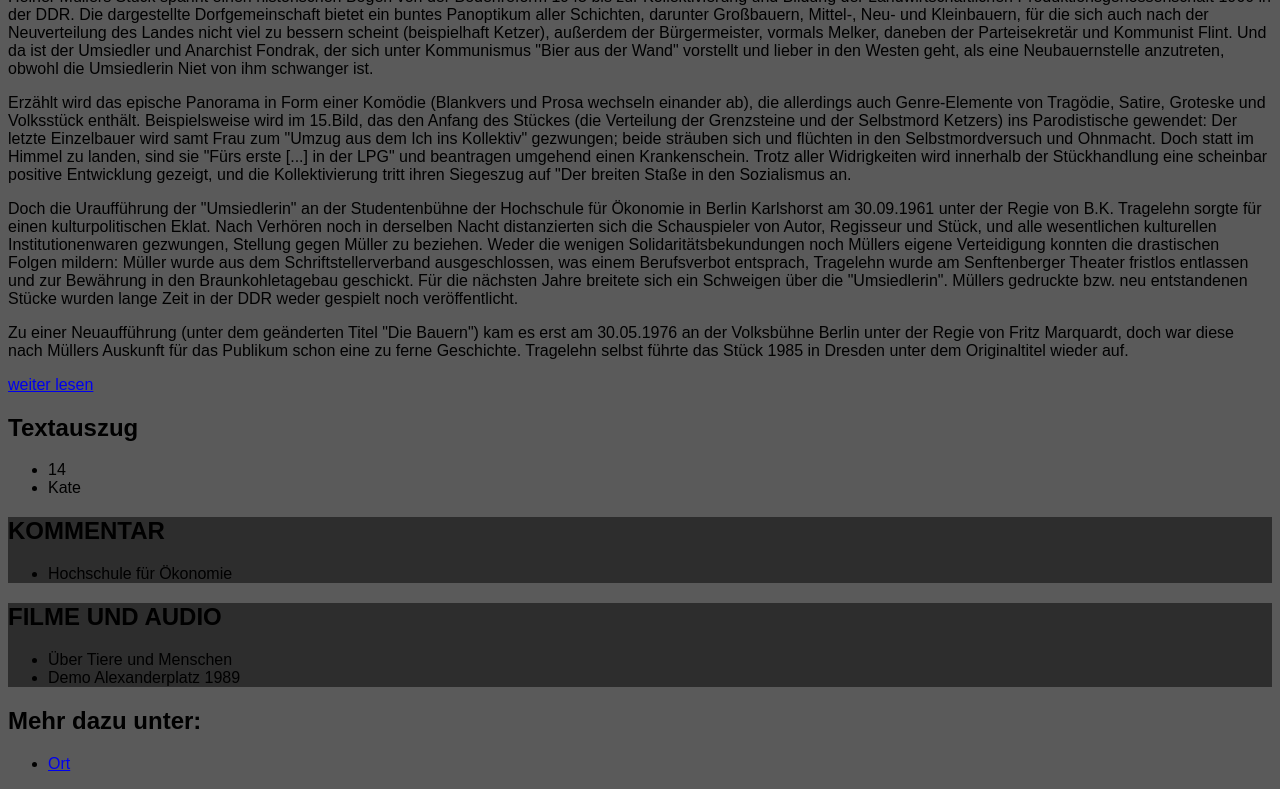
Repository: TimoKramer/iam
Page: org.dieschnittstelle.iam.css.uebungen/css_uebungen.html
An editor plug-in stored every save of this project. The page is shown before and after the next save, followed by the edit.
The browser window is 1280 px wide. The pictures show the part of the page from y = 543 to 1495 px (the page is 1332 px tall before and 1495 px after).
A picture or video elsewhere on the page could not be fetched, so the positions and the page height are approximate.

Above is the page before, as saved 2014-10-20 12:47:19.

### org.dieschnittstelle.iam.css.uebungen/css_uebungen.html
<!DOCTYPE html>
<html>
	<head>
		<meta http-equiv="Content-Type" content="text/html; charset=utf-8">
		<title>CSS Beispiele</title>
		<link rel="stylesheet" href="css/css_uebungen.css"/>
		<meta name="viewport" content="width=640">
	</head>
	<body>
		<article>
			<h1 id="topic_title" class="editable">Die Umsiedlerin</h1>
			<section id="zeitdokumente">
				<h2>Zeitdokumente</h2>
				<figure>
					<img src="http://www.esquife.cult.cu/primeraepoca/imagenes/imrevista/No60/muller.jpg"/>
					<!-- <img src="img/hm_mit_bk_tragelehn.jpg"/> -->
					<figcaption>
						Programmheft zur Uraufführung
					</figcaption>
				</figure>
			</section>
			<section id="einfuehrungstext">
				<div class="contentfragment">
					<h2>&bdquo;Die Umsiedlerin oder das Leben auf dem Lande&ldquo;</h2>
					<p>
						Heiner Müllers Stück spannt einen historischen Bogen von der Bodenreform 1945 bis zur Kollektivierung und Bildung der Landwirtschaftlichen Produktionsgenossenschaft 1960 in der DDR. Die dargestellte Dorfgemeinschaft bietet ein buntes Panoptikum aller Schichten, darunter Großbauern, Mittel-, Neu- und Kleinbauern, für die sich auch nach der Neuverteilung des Landes nicht viel zu bessern scheint (beispielhaft Ketzer), außerdem der Bürgermeister, vormals Melker, daneben der Parteisekretär und Kommunist Flint. Und da ist der Umsiedler und Anarchist Fondrak, der sich unter Kommunismus "Bier aus der Wand" vorstellt und lieber in den Westen geht, als eine Neubauernstelle anzutreten, obwohl die Umsiedlerin Niet von ihm schwanger ist.
					</p>
					<p>
						Erzählt wird das epische Panorama in Form einer Komödie (Blankvers und Prosa wechseln einander ab), die allerdings auch Genre-Elemente von Tragödie, Satire, Groteske und Volksstück enthält. Beispielsweise wird im 15.Bild, das den Anfang des Stückes (die Verteilung der Grenzsteine und der Selbstmord Ketzers) ins Parodistische gewendet: Der letzte Einzelbauer wird samt Frau zum "Umzug aus dem Ich ins Kollektiv" gezwungen; beide sträuben sich und flüchten in den Selbstmordversuch und Ohnmacht. Doch statt im Himmel zu landen, sind sie "Fürs erste [...] in der LPG" und beantragen umgehend einen Krankenschein. Trotz aller Widrigkeiten wird innerhalb der Stückhandlung eine scheinbar positive Entwicklung gezeigt, und die Kollektivierung tritt ihren Siegeszug auf "Der breiten Staße in den Sozialismus an.
					</p>
					<p>
						Doch die Uraufführung der "Umsiedlerin" an der Studentenbühne der Hochschule für Ökonomie in Berlin Karlshorst am 30.09.1961 unter der Regie von B.K. Tragelehn sorgte für einen kulturpolitischen Eklat. Nach Verhören noch in derselben Nacht distanzierten sich die Schauspieler von Autor, Regisseur und Stück, und alle wesentlichen kulturellen Institutionenwaren gezwungen, Stellung gegen Müller zu beziehen. Weder die wenigen Solidaritätsbekundungen noch Müllers eigene Verteidigung konnten die drastischen Folgen mildern: Müller wurde aus dem Schriftstellerverband ausgeschlossen, was einem Berufsverbot entsprach, Tragelehn wurde am Senftenberger Theater fristlos entlassen und zur Bewährung in den Braunkohletagebau geschickt. Für die nächsten Jahre breitete sich ein Schweigen über die "Umsiedlerin". Müllers gedruckte bzw. neu entstandenen Stücke wurden lange Zeit in der DDR weder gespielt noch veröffentlicht.
					</p>
					<p>
						Zu einer Neuaufführung (unter dem geänderten Titel "Die Bauern") kam es erst am 30.05.1976 an der Volksbühne Berlin unter der Regie von Fritz Marquardt, doch war diese nach Müllers Auskunft für das Publikum schon eine zu ferne Geschichte. Tragelehn selbst führte das Stück 1985 in Dresden unter dem Originaltitel wieder auf.
					</p>
				</div>
				<div class="fullcontent_link">
					<a href="#">weiter lesen</a>
				</div>
			</section>
			<section id="textauszug">
				<div class="textauszug">
					<h2>Textauszug</h2>
					<ul>
						<li>14</li>
						<li>Kate</li>
					</ul>
				</div>
			</section>
			<section id="kommentar" class="medienverweise">
				<h2>Kommentar</h2>
				<ul>
					<li>Hochschule f&uuml;r &Ouml;konomie</li>
				</ul>
			</section>
			<section id="filmeundaudio" class="medienverweise">
				<h2>Filme und Audio</h2>
				<ul>
					<li>&Uuml;ber Tiere und Menschen</li>
					<li>Demo Alexanderplatz 1989</li>
				</ul>
			</section>
			<section id="verknuepfungen">
				<h2>Mehr dazu unter:</h2>
				<nav>
					<ul>
						<li>
							<a href="#">Ort</a>
						</li>
					</ul>
				</nav>
			</section>
		</article>
	</body>
</html>

### org.dieschnittstelle.iam.css.uebungen/css/css_uebungen.css
body {
	background-color: rgb(90,90,90);
	font-family: "Avenir Medium", sans-serif;
}


/* Haupttitel */

h1 {
	font-size: 30pt;
	font-weight: normal;
	font-style: normal;
	color: rgb(204,204,204);
	margin: 0px;
	padding: 10px;
	/* avoid that elements can be selected */
	-moz-user-select: none;
	user-select: none;
}

/* Medienverweise */

.medienverweise {
	background-color: rgb(45, 45, 45);
}
.medienverweise h2 {
	text-transform: uppercase;
	font-family: "Avenir Medium", sans-serif;
}

After the next save:
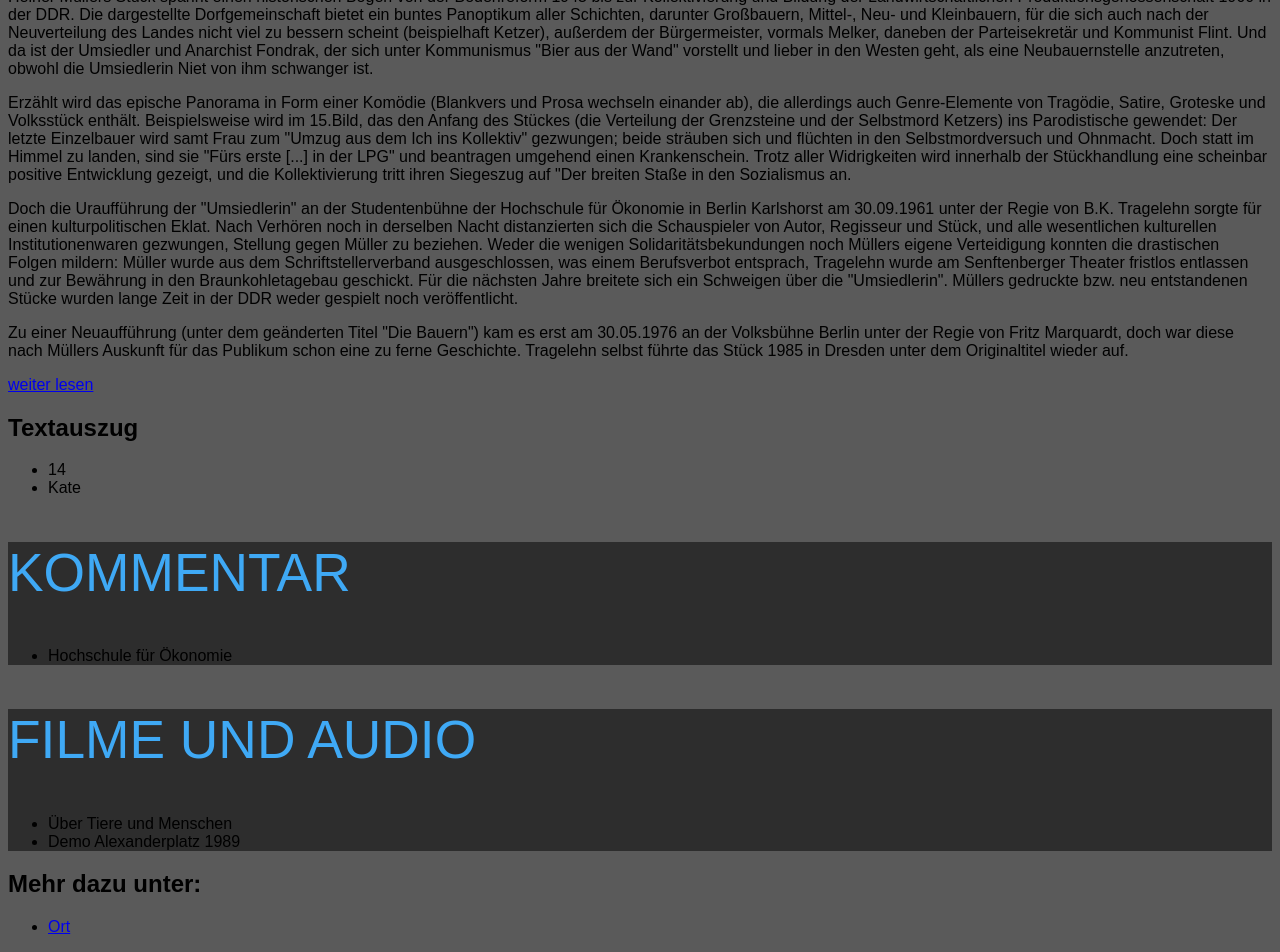
Saved 13 min 50 s later.
--- a/org.dieschnittstelle.iam.css.uebungen/css/css_uebungen.css
+++ b/org.dieschnittstelle.iam.css.uebungen/css/css_uebungen.css
@@ -26,4 +26,8 @@ h1 {
 .medienverweise h2 {
 	text-transform: uppercase;
 	font-family: "Avenir Medium", sans-serif;
+	font-weight: normal;
+	font-style: normal;
+	font-size: 40pt;
+	color: rgb(63, 169, 245);
 }
